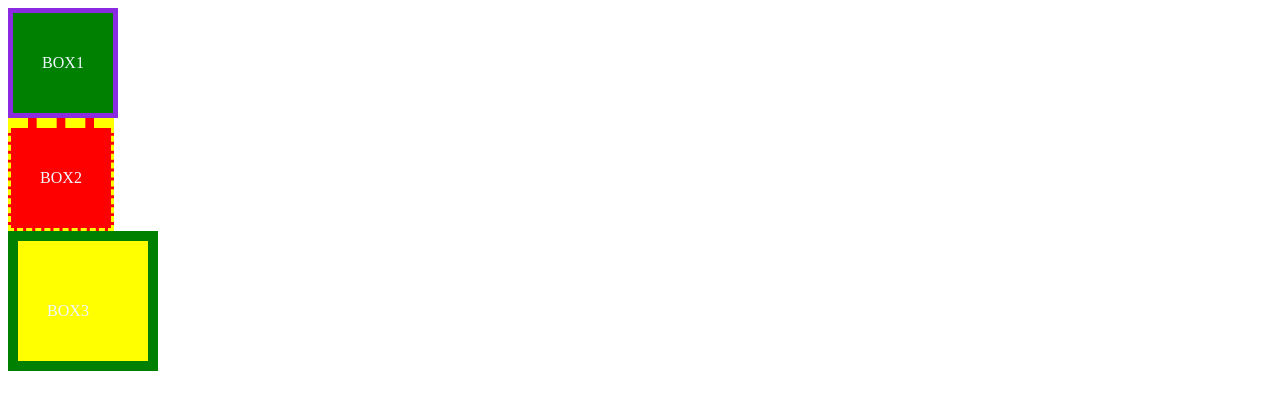
Repository: Ducspdn/WeTheBandF8
Page: html_learn_f8/padding.html
An editor plug-in stored every save of this project. The page is shown before and after the next save, followed by the edit.
The browser window is 1280 px wide. The pictures show the whole page.

Above is the page before, as saved 2023-01-12 20:25:09.

### html_learn_f8/padding.html
<!DOCTYPE html>
<html lang="vi">
    <head>
        <title>HELLO</title>
        <style>
              .box{
                width: 100px;
                height: 100px;
                color: yellow
                /* căn giữa chữ trong css */
                 display: flex;
                align-items: center;
                justify-content: center;
              }
             .box1{
                background: green;
                width: 100px;
                height: 100px;
                color: aliceblue;
                display: flex;
                align-items: center;
                justify-content: center;
                border: 5px;
                border-color: blueviolet;
                border-style: solid;
            }
            .box2{
                background : red;
                width: 100px;
                height: 100px;
                color: aliceblue;
                display : flex ;
                justify-content: center;
                align-content: center;
                border-top : 10px ;
                border-style: dashed;
                border-color: yellow;

            }
            .box3{
                background: yellow;
                width: 100px;
                height: 100px;
                color: aliceblue;
                display: flex;
                justify-content: center;
                align-items: center;
                /* padding : đệm làm backgroud lớn hơn  */
                padding-top: 20px;
                padding-right: 30px;
                /* boder : viền bao xung quanh các eletment, boder và padding làm tăng kich thước */
                border: 10px solid green;
            }

        </style>
    </head>
    <body>
        <!-- division : là thẻ dùng để nhóm nhiều phần tử trong html thành một khối để dễ dàng css -->
        <div class=" box box1">BOX1</div>
        <div class=" box box2"> BOX2</div>
        <div class=" box box3">BOX3</div>

    </body>

</html>

After the next save:
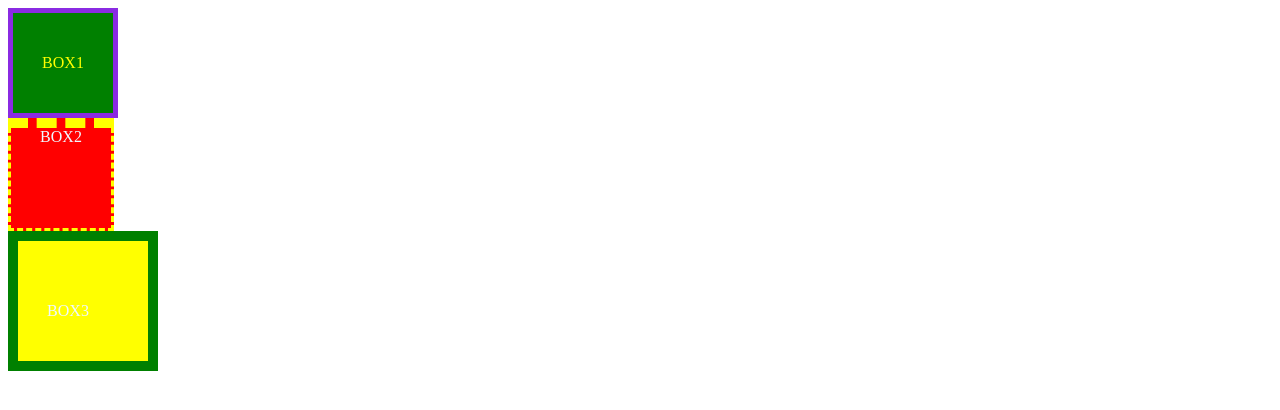
Saved 60 s later.
--- a/html_learn_f8/padding.html
+++ b/html_learn_f8/padding.html
@@ -3,20 +3,11 @@
     <head>
         <title>HELLO</title>
         <style>
-              .box{
-                width: 100px;
-                height: 100px;
-                color: yellow
-                /* căn giữa chữ trong css */
-                 display: flex;
-                align-items: center;
-                justify-content: center;
-              }
-             .box1{
+            .box1{
                 background: green;
                 width: 100px;
                 height: 100px;
-                color: aliceblue;
+                color: yellow;
                 display: flex;
                 align-items: center;
                 justify-content: center;
